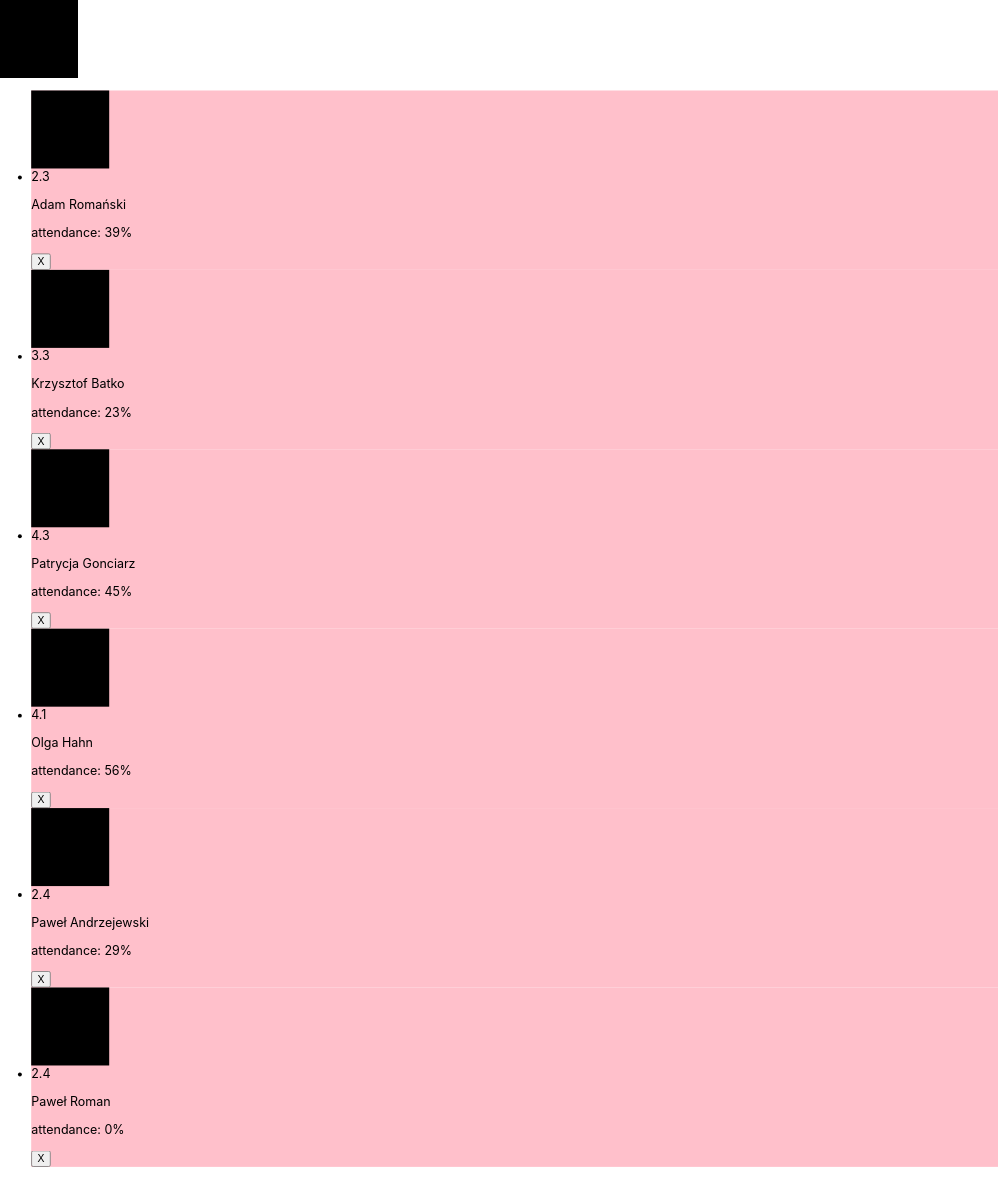
Repository: Dani9090/template-react
Page: /
An editor plug-in stored every save of this project. The page is shown before and after the next save, followed by the edit.
The browser window is 1280 px wide. The pictures show the whole page, at 78% of full size.
The project was rebuilt for these pictures with package versions that can differ from the ones it lists, and the page was loaded fresh each time.

Above is the page before, as saved 2021-03-05 12:27:15.

After the next save:
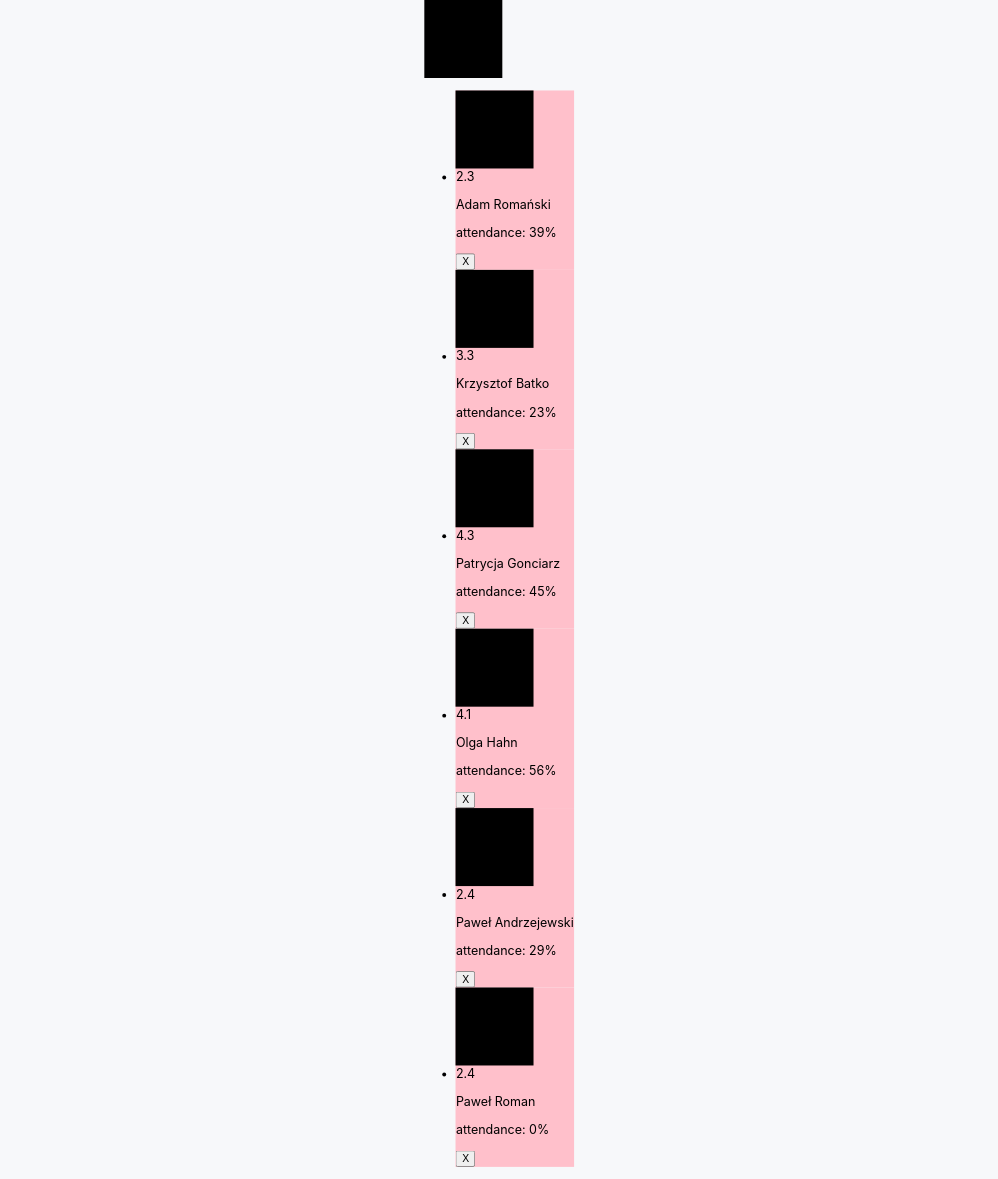
Saved 10 s later.
--- a/src/views/Root.js
+++ b/src/views/Root.js
@@ -10,9 +10,9 @@ const Wrapper = styled.div`
 `;
 
 const Root = () => (
-  <>
+  <Wrapper>
     <UserList />
-  </>
+  </Wrapper>
 );
 
 export default Root;
